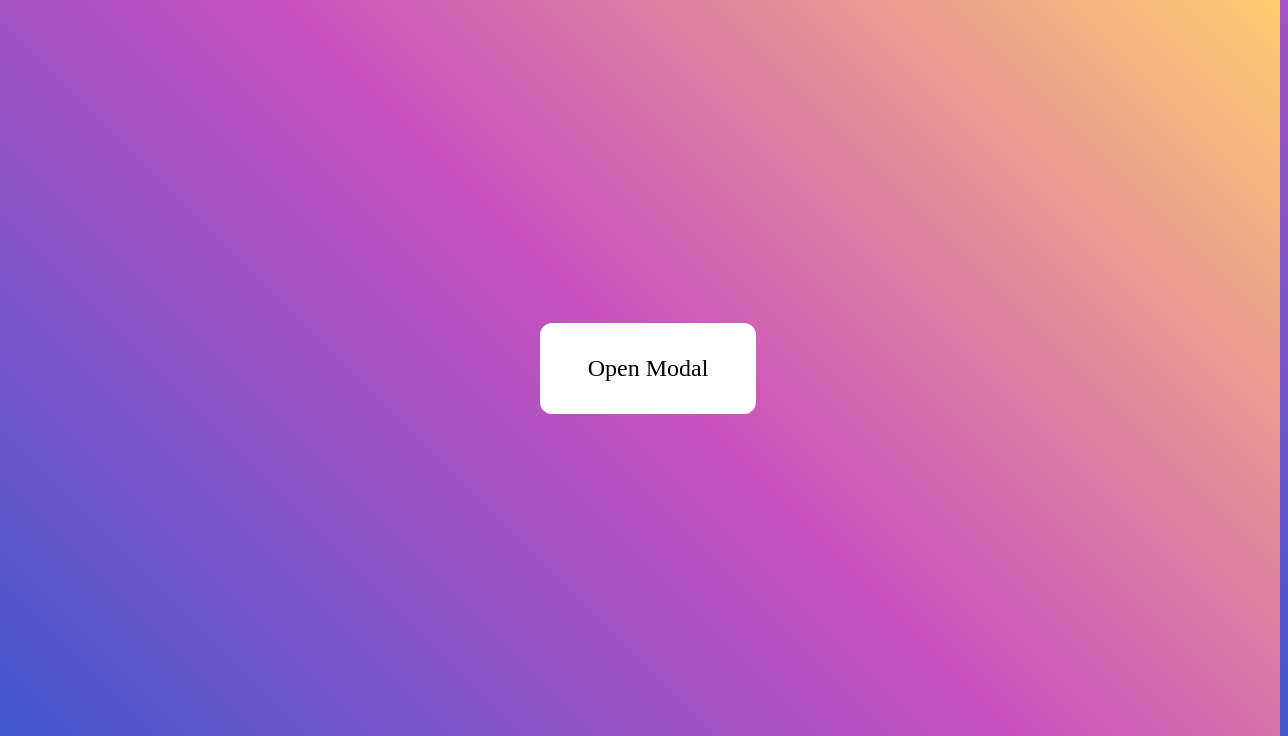
Repository: HoanTiny/30projects-30day
Page: Day 3/index.html
An editor plug-in stored every save of this project. The page is shown before and after the next save, followed by the edit.
The browser window is 1280 px wide. The page is 1288 px wide, so the pictures cover 1288 px, including what lies to the right of the window. The pictures show the whole page.
Some web libraries are served in a nearby version.

Above is the page before, as saved 2021-12-01 15:48:46.

### Day 3/index.html
<!DOCTYPE html>
<html lang="en">
    <head>
        <meta charset="UTF-8" />
        <meta http-equiv="X-UA-Compatible" content="IE=edge" />
        <meta name="viewport" content="width=device-width, initial-scale=1.0" />
        <title>Day 2</title>
        <link
            rel="stylesheet"
            href="https://use.fontawesome.com/releases/v5.13.0/css/all.css"
            integrity="sha384-Bfad6CLCknfcloXFOyFnlgtENryhrpZCe29RTifKEixXQZ38WheV+i/6YWSzkz3V"
            crossorigin="anonymous"
        />
        <link rel="stylesheet" href="./styles.css" />
    </head>
    <body>
        <div class="modal">Open Modal</div>
        <script src="./js.js"></script>
    </body>
</html>

### Day 3/styles.css
body {
    background-image: linear-gradient(45deg, rgb(65, 88, 208) 0%, rgb(200, 80, 192) 50%, rgb(255, 204, 112) 100%);
    height: 100vh;
    overflow: hidden;
    width: 100%;
    display: flex;
    align-items: center;
    justify-content: center;
}

.modal {
    padding: 32px 48px;
    background-color: #fff;
    border-radius: 12px;
    font-size: 24px;
    cursor: pointer;
}

### Day 3/js.js
const modal = document.querySelector(".modal");

modal.addEventListener("click", function () {
    console.log("hihi");
});

After the next save:
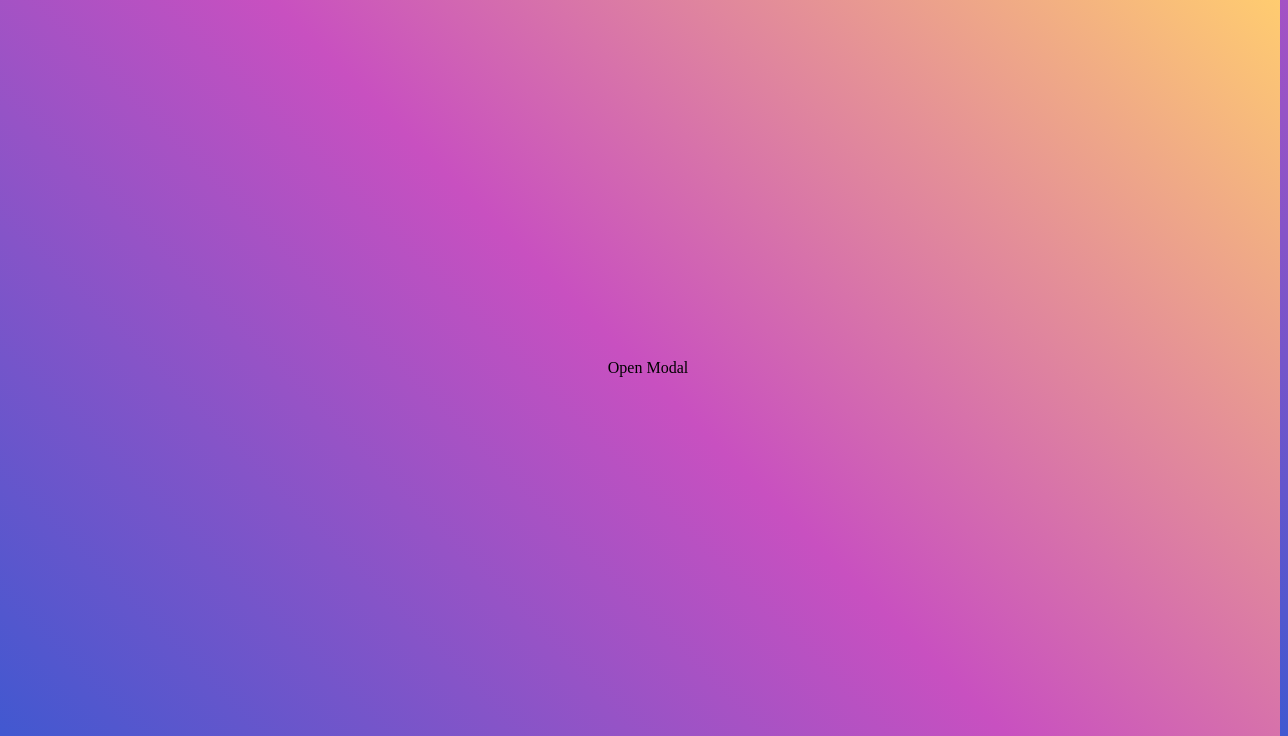
Saved 50 s later.
--- a/Day 3/styles.css
+++ b/Day 3/styles.css
@@ -8,7 +8,7 @@ body {
     justify-content: center;
 }
 
-.modal {
+.btn {
     padding: 32px 48px;
     background-color: #fff;
     border-radius: 12px;

After the 2 saves that followed:
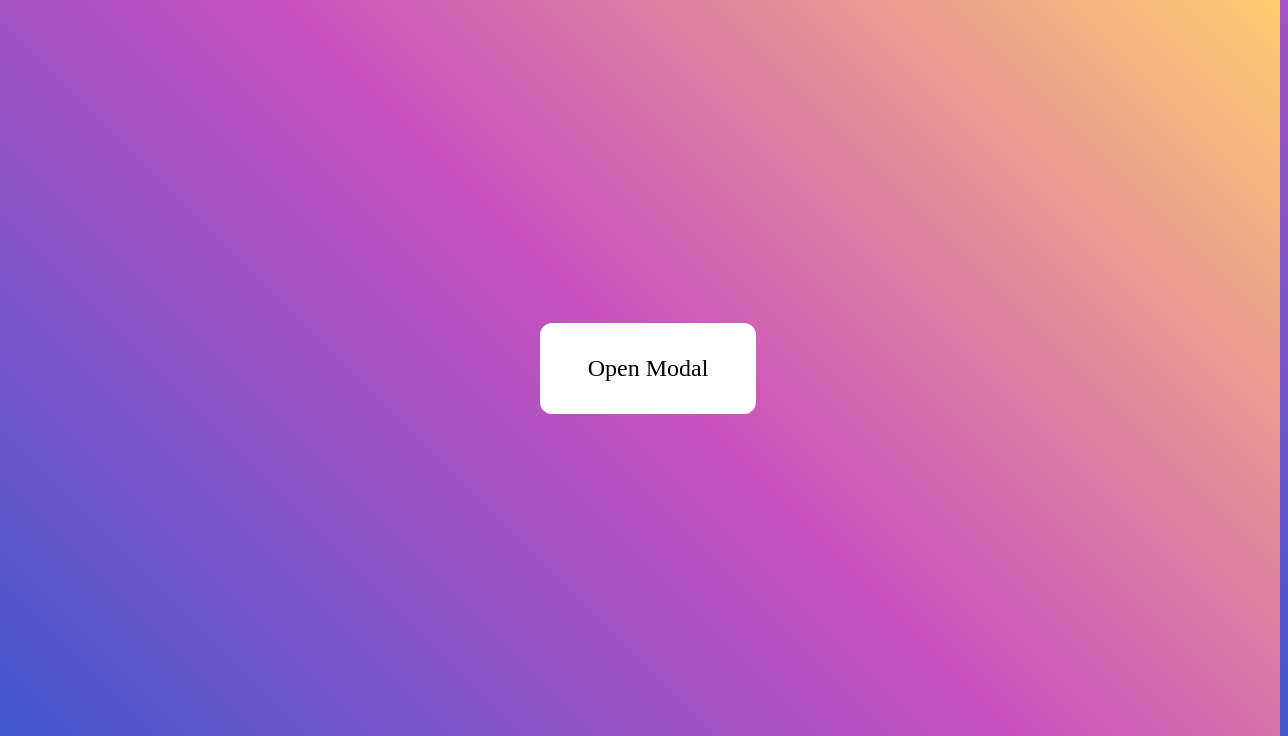
The 2 saves are shown as one change because 1 left the picture as it was.
The last was saved 16 s later.
--- a/Day 3/index.html
+++ b/Day 3/index.html
@@ -14,7 +14,7 @@
         <link rel="stylesheet" href="./styles.css" />
     </head>
     <body>
-        <div class="modal">Open Modal</div>
+        <div class="btn">Open Modal</div>
         <script src="./js.js"></script>
     </body>
 </html>
--- a/Day 3/js.js
+++ b/Day 3/js.js
@@ -1,5 +1,3 @@
-const modal = document.querySelector(".modal");
+const buttonBtn = document.querySelector(".btn");
 
-modal.addEventListener("click", function () {
-    console.log("hihi");
-});
+buttonBtn.addEventListener("click", function () {});
